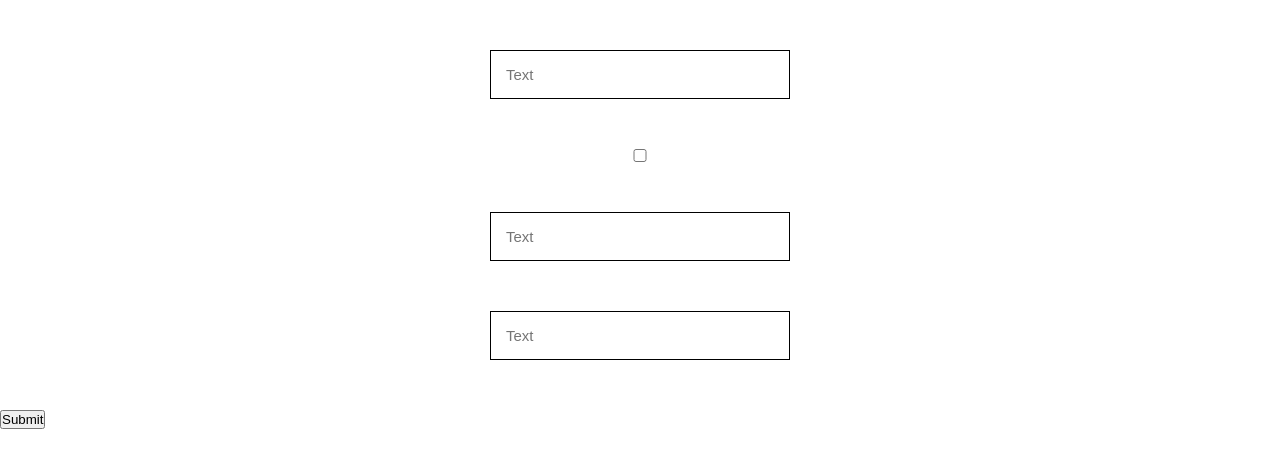
Repository: codysun1912/Javascript-coures
Page: index.html
An editor plug-in stored every save of this project. The page is shown before and after the next save, followed by the edit.
The browser window is 1280 px wide. The pictures show the whole page.

Above is the page before, as saved 2022-02-28 18:27:51.

After the next save:
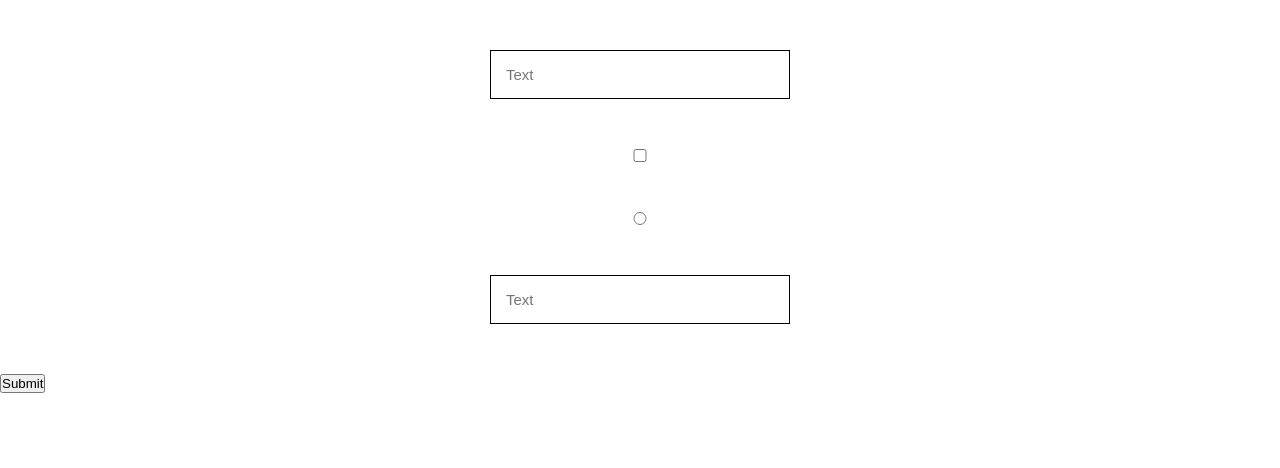
Saved 8 s later.
--- a/index.html
+++ b/index.html
@@ -12,7 +12,7 @@
     <form class="form form-login">
         <input type="text" class="input" placeholder="Text">
         <input type="checkbox" class="input" placeholder="Text">
-        <input type="text" class="input" placeholder="Text">
+        <input type="radio" class="input" placeholder="Text">
         <input type="text" class="input" placeholder="Text">
         <button type="submit">Submit</button>
     </form>
